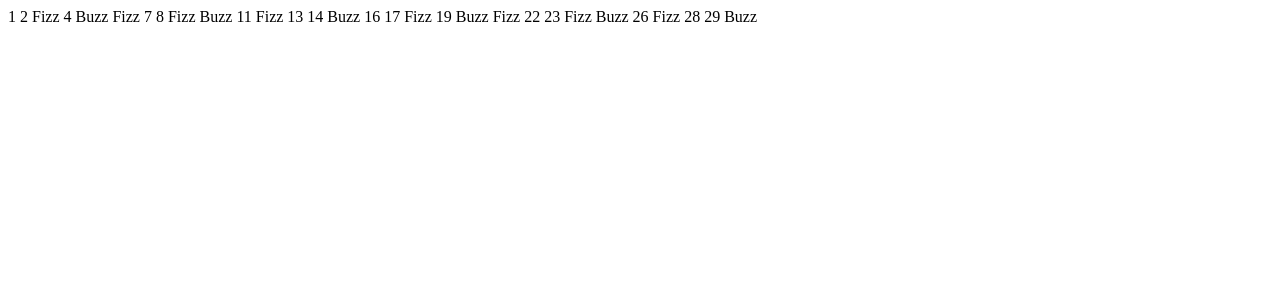
Repository: sat0113/Samurai_JS3
Page: http://localhost/for.php
The author's editor kept a record of every edit. The page is drawn from the files as they stood at one moment, then again after the next edit.
The browser window is 1280 px wide. The pictures show the whole page.
The page is run by PHP 8.4 with error messages shown; the project is at /var/www/html/.

Above is the page before.

After the next edit:
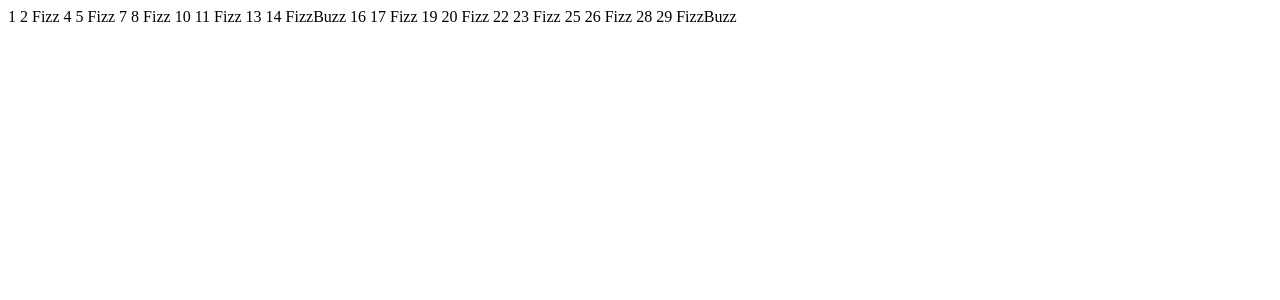
The edit:
--- a/for.php
+++ b/for.php
@@ -1,7 +1,7 @@
 <?php
 for($i = 1; $i < 31; $i++){
-    if($i % 5 == 0){
-        print("Buzz"."\n");
+    if($i % 15 == 0){
+        print("FizzBuzz"."\n");
     }elseif($i % 3 == 0){
         print("Fizz"."\n");
     }elseif($i % 15 == 0){
